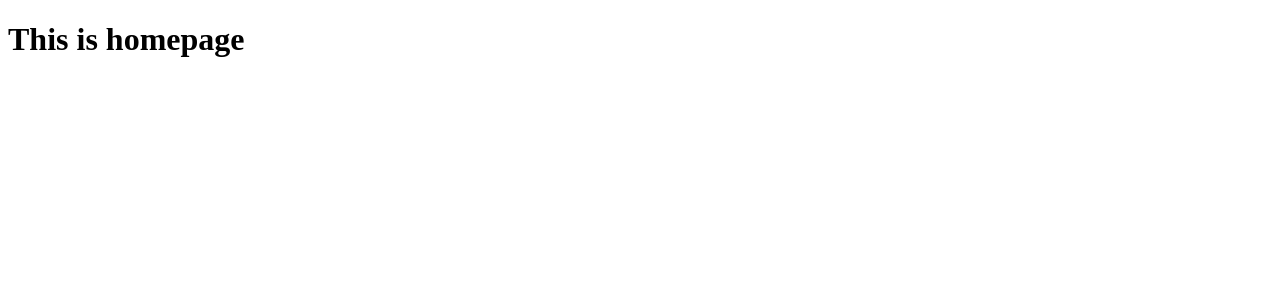
Repository: gkalivar/Java-projects
Page: http://localhost/MVC_Application/
An editor plug-in stored every save of this project. The page is shown before and after the next save, followed by the edit.
The browser window is 1280 px wide. The pictures show the whole page.
The page is served by Tomcat 10. Other server files are loaded and not shown.

Above is the page before, as saved 2022-07-07 14:12:00.

### MVC_Application/src/main/webapp/index.jsp
<%@ page language="java" contentType="text/html; charset=ISO-8859-1"
    pageEncoding="ISO-8859-1"%>
<!DOCTYPE html>
<html>
<head>
<meta charset="ISO-8859-1">
<title>This is the index page</title>
</head>
<body>
<h1> This is homepage</h1>

<br>


<a href="<%= request.getContextPath()%> /Controller?page=login"></a>
<br>
<a href="<%= request.getContextPath()%> /Controller?page=signup"></a>
<br>
<a href="<%= request.getContextPath()%> /Controller?page=about"></a>

</body>
</html>

After the next save:
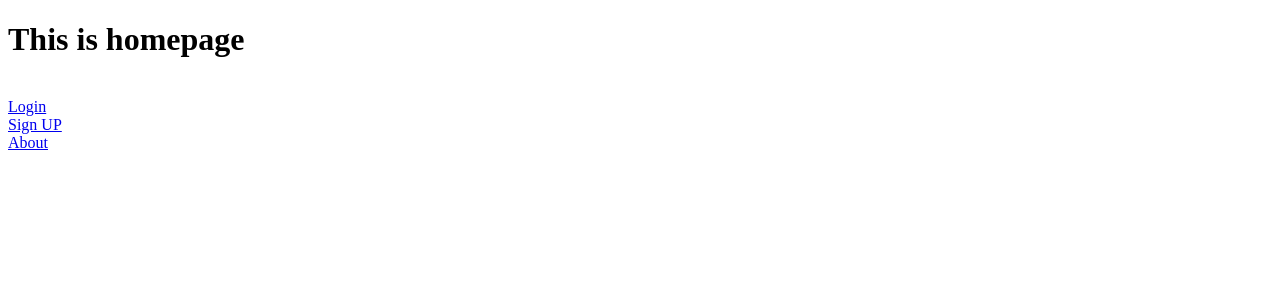
Saved 45 s later.
--- a/MVC_Application/src/main/webapp/index.jsp
+++ b/MVC_Application/src/main/webapp/index.jsp
@@ -12,11 +12,11 @@
 <br>
 
 
-<a href="<%= request.getContextPath()%> /Controller?page=login"></a>
+<a href="<%= request.getContextPath()%> /Controller?page=login">Login</a>
 <br>
-<a href="<%= request.getContextPath()%> /Controller?page=signup"></a>
+<a href="<%= request.getContextPath()%> /Controller?page=signup">Sign UP</a>
 <br>
-<a href="<%= request.getContextPath()%> /Controller?page=about"></a>
+<a href="<%= request.getContextPath()%> /Controller?page=about">About</a>
 
 </body>
 </html>
